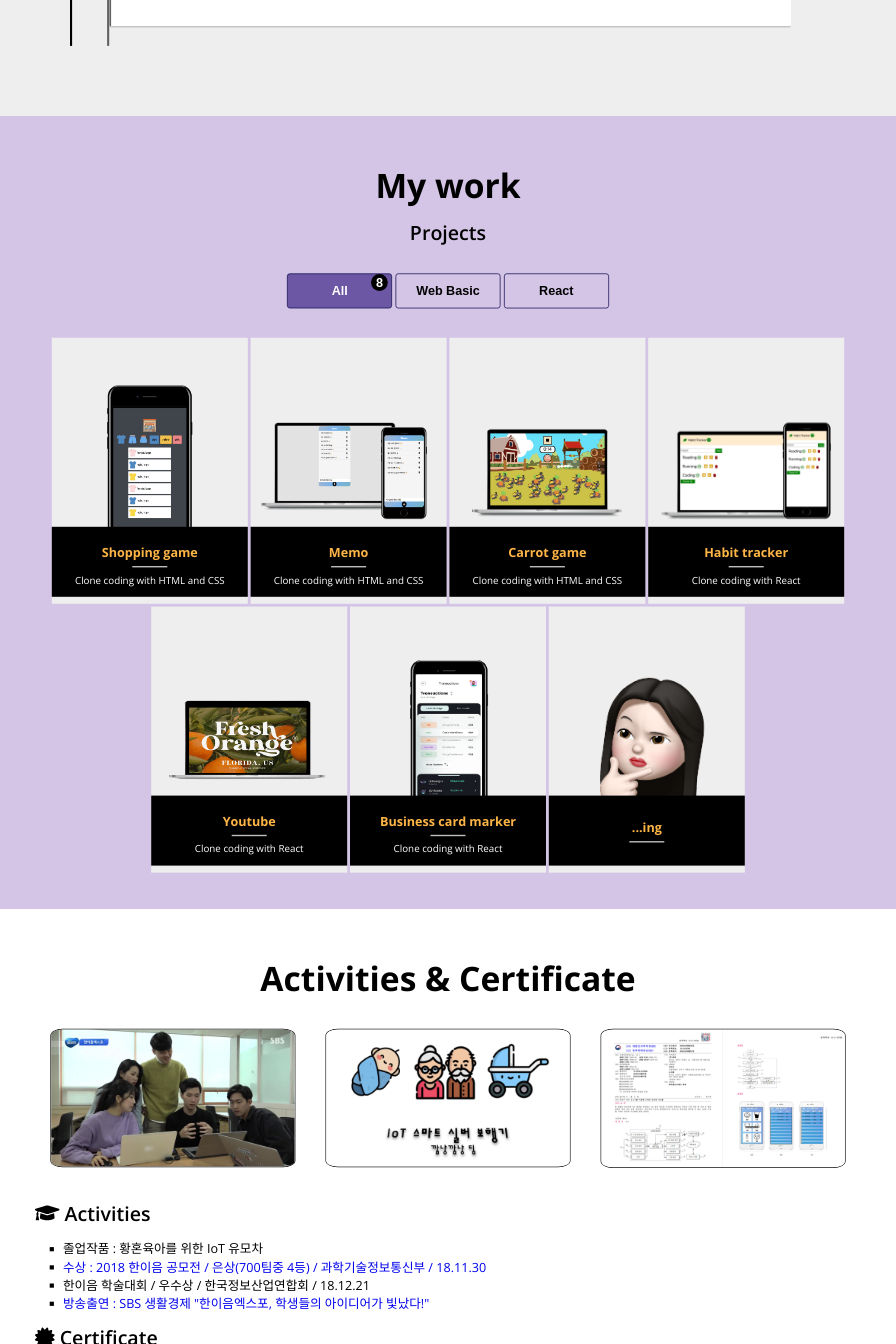
Repository: salangdung-i/portfolio
Page: index.html
These files come from the project's save history. The page is drawn as it stood at one moment and after the next save; the edit follows.
The browser window is 1280 px wide. The pictures show the part of the page from y = 3282 to 5202 px (the page is 5787 px tall), at 70% of full size.
Some web fonts or font styles are not loaded; a fallback is used. Some web libraries are served in a nearby version.

Above is the page before, as saved 2021-12-28 13:29:40.

After the next save:
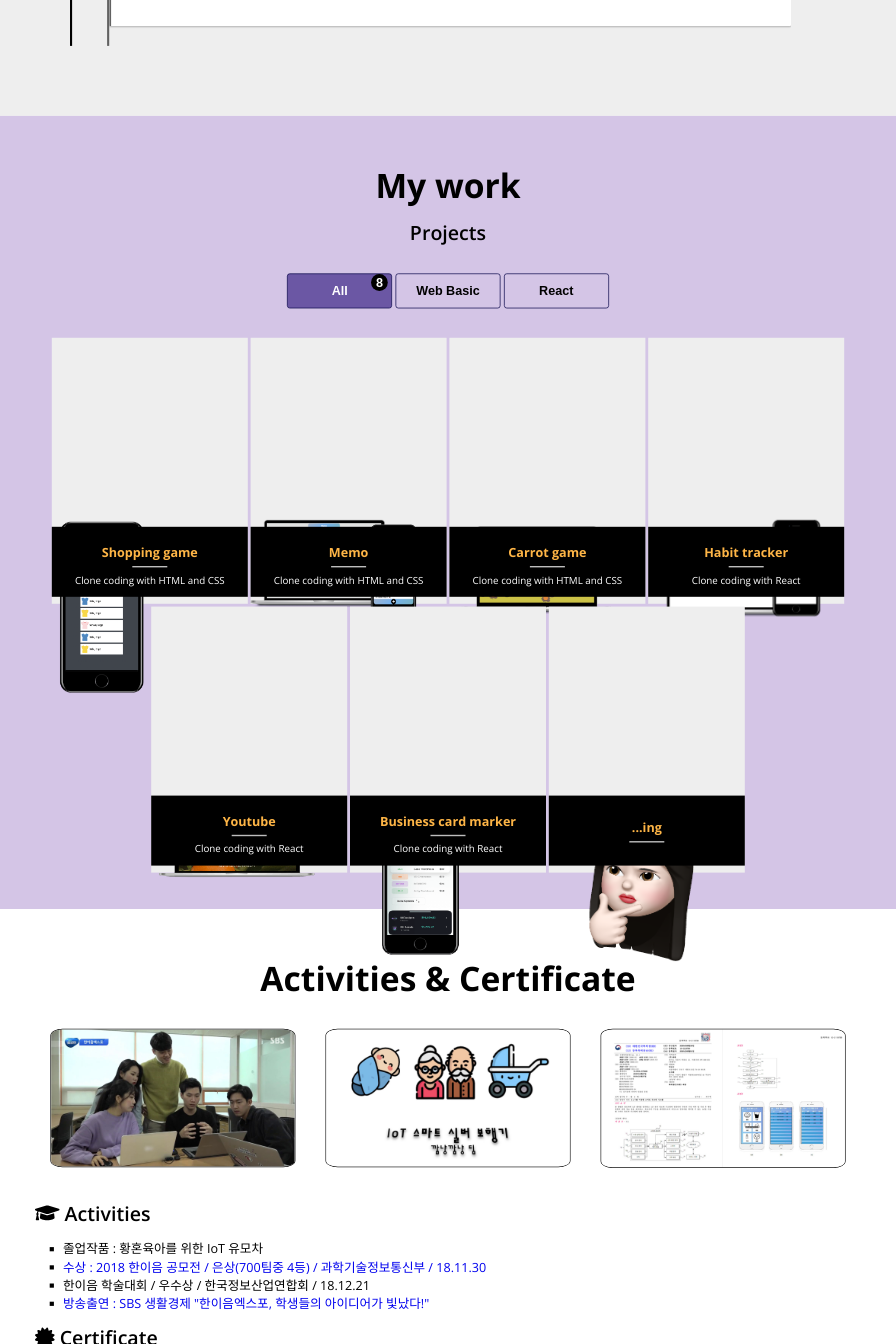
Saved 12 s later.
--- a/style.css
+++ b/style.css
@@ -468,7 +468,9 @@
 
 .project__img {
   max-width: 250px;
-  max-height: 250px;
+  max-height: 250px; position: absolute;
+  top: 260px;
+  left: 0;
 }
 
 .project__description > span {
